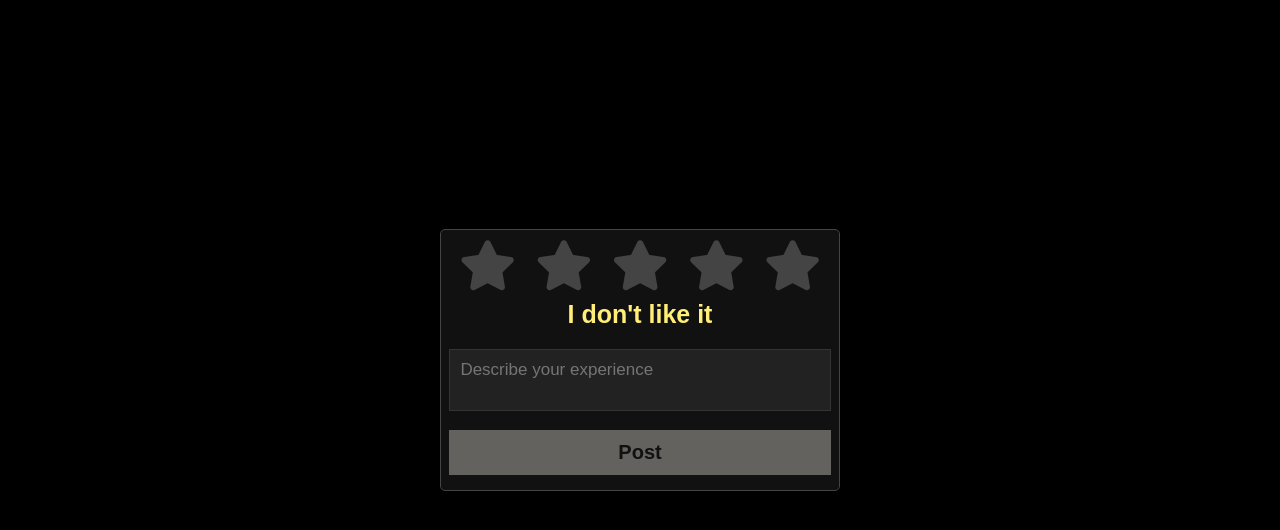
Repository: Suryansh-D/Star-Ratings
Page: index.html
The author's editor kept a copy of each file at every save. The page is drawn from the files as they stood at one save, then again after the next save.
The browser window is 1280 px wide. The pictures show the whole page.

Above is the page before, as saved 2024-02-03 10:03:18.

After the next save:
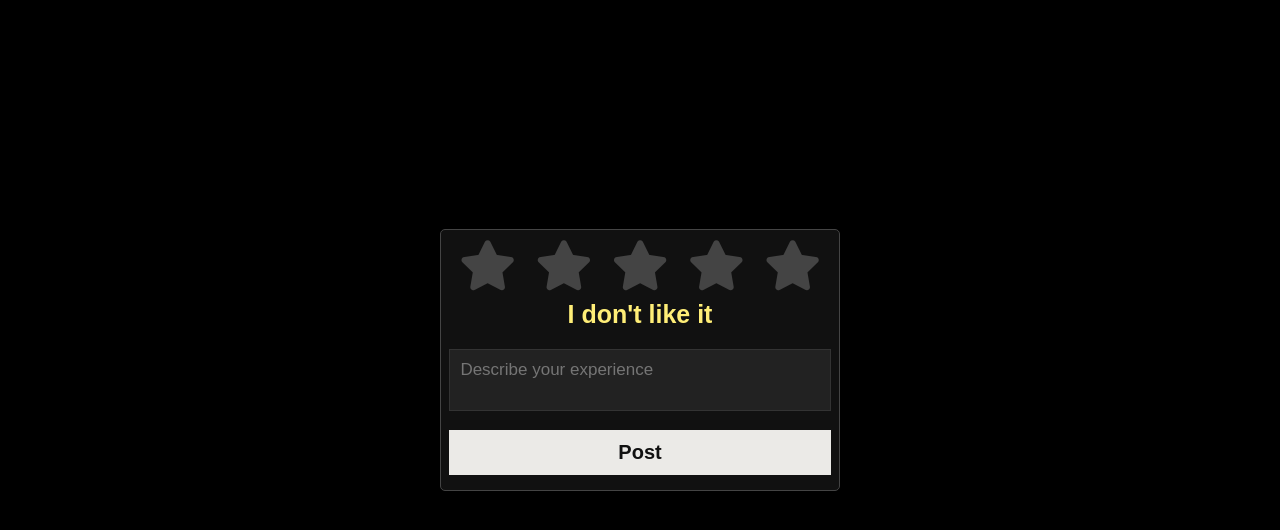
Saved 16 s later.
--- a/style.css
+++ b/style.css
@@ -83,7 +83,7 @@ form .btn button{
     height: 100%;
     border: none;
     outline: none;
-    background: #63625e;
+    background: #ebeae7;
     color: #111;
     font-size: 20px;
     font-weight: 700;
